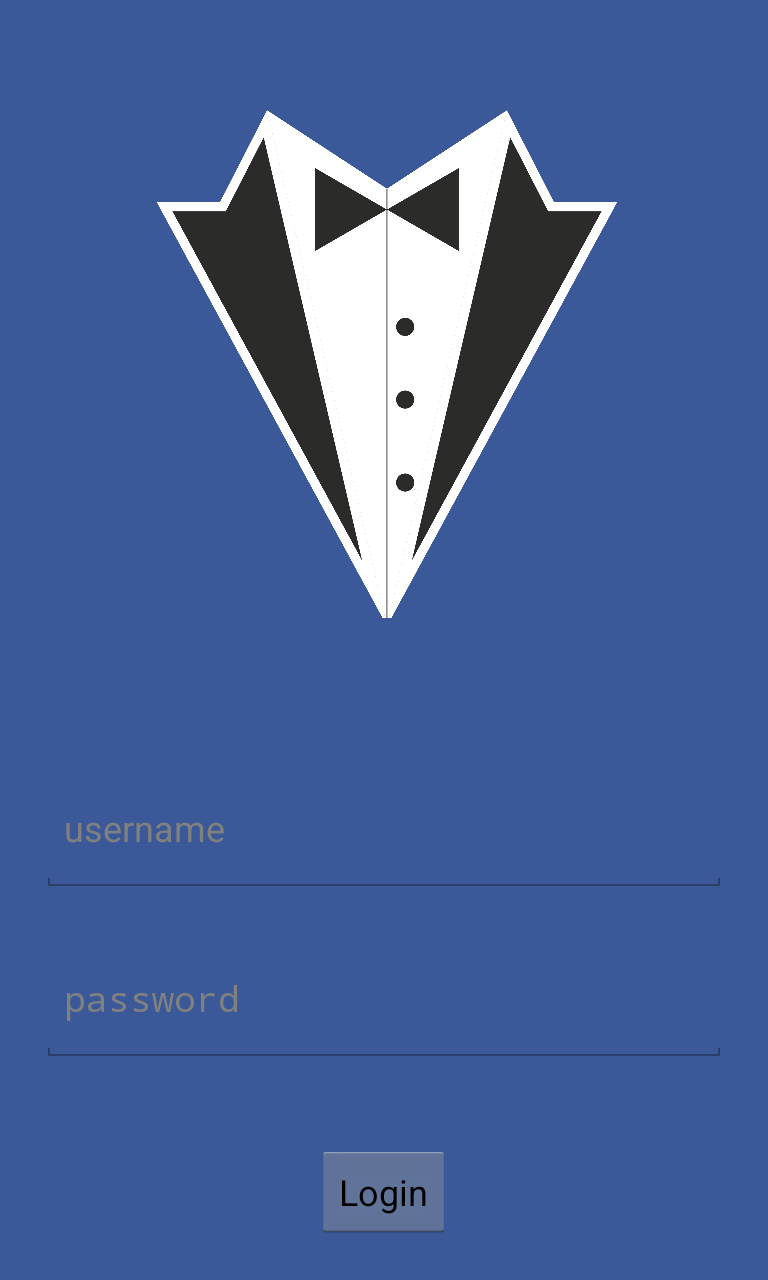
Repository: oszalex/SpryAndroid
Layout: android/Bro/res/layout/activity_main.xml
These files come from the project's save history. The layout is drawn as it stood at one moment and after the next save; the edit follows.
It is drawn on a 768 x 1280 px phone screen (xhdpi) without system bars, with theme AppTheme; the app's code is not run.

Above is the layout before, as saved 2014-01-21 16:45:46.

After the next save:
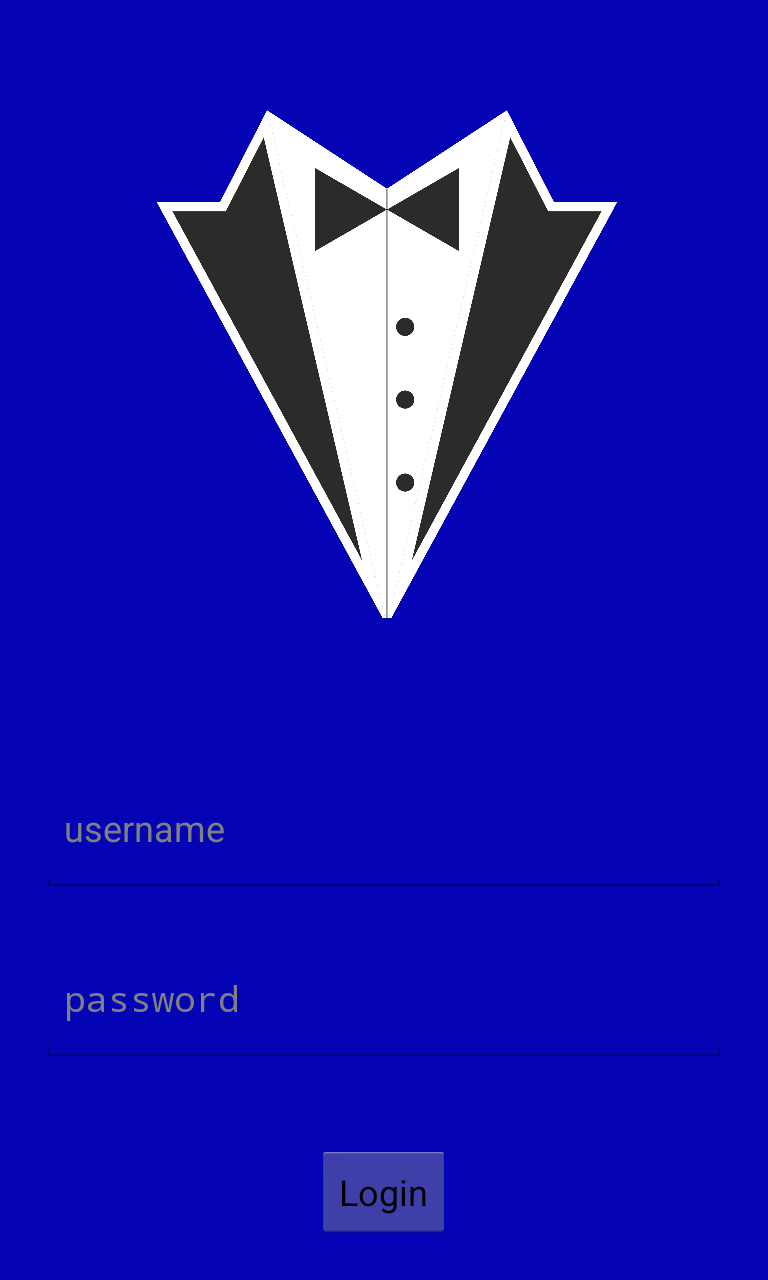
Saved 34 s later.
--- a/android/Bro/res/layout/activity_main.xml
+++ b/android/Bro/res/layout/activity_main.xml
@@ -3,7 +3,7 @@
     android:layout_width="match_parent"
     android:layout_height="match_parent"
     android:orientation="vertical"
-    android:background="#3B5998">
+    android:background="#0404B4">
 
     <ImageView
         android:id="@+id/logo"
